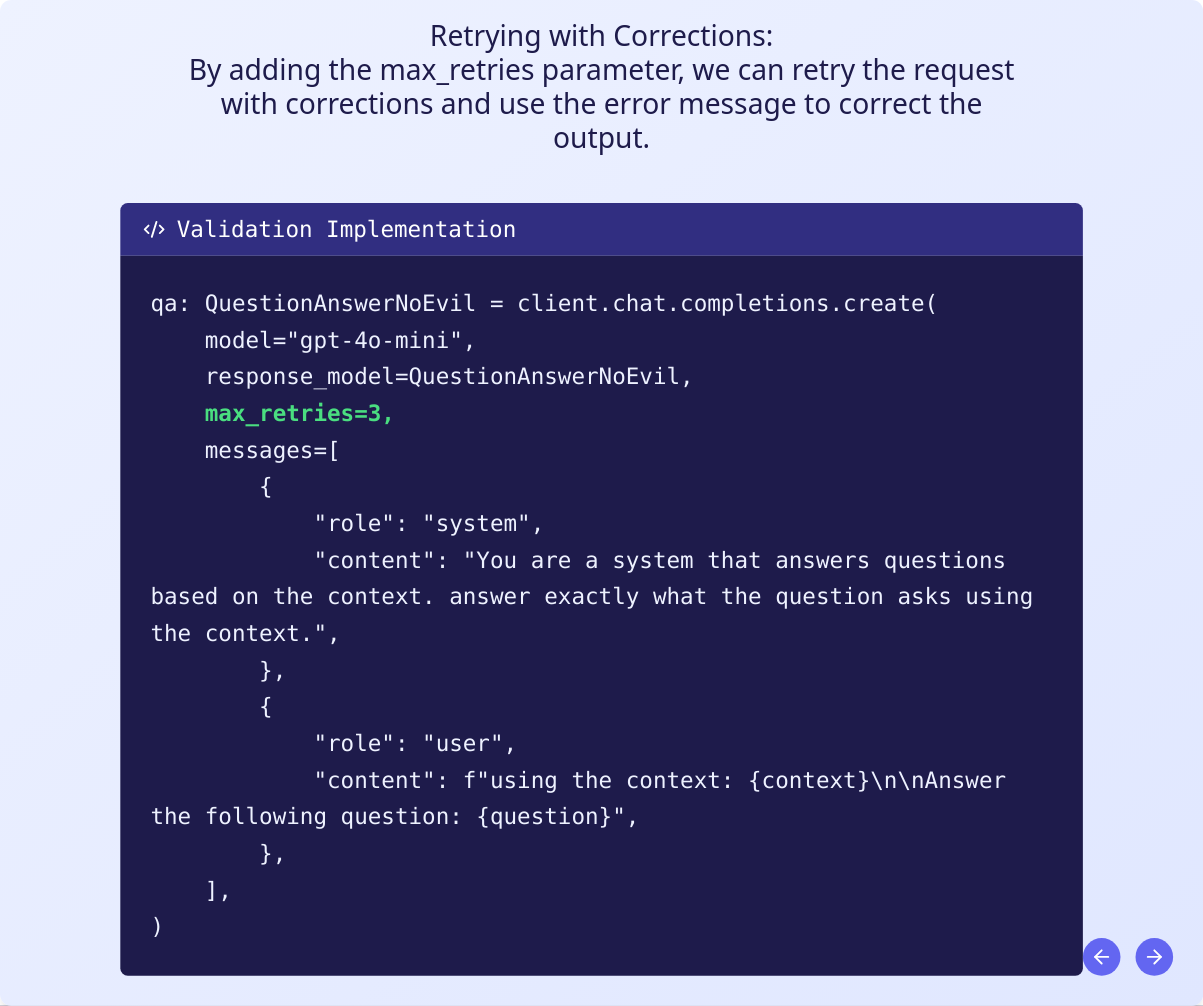
Repository: Galbaz1/dell_presentation
Page: /slide12
The author's editor kept a copy of each file at every save. The page is drawn from the files as they stood at one save, then again after a run of saves.
The browser window is 1280 px wide. The pictures show the whole page, at 94% of full size.
The project was rebuilt for these pictures with package versions that can differ from the ones it lists, and the page was loaded fresh each time. The framework's server and built-in components were replaced by stand-ins that run in the browser. Also part of the build but not shown: styles/animations/slide1.css, styles/animations/slide2.css.

Above is the page before, as saved 2024-11-12 14:49:47.

After the next 2 saves:
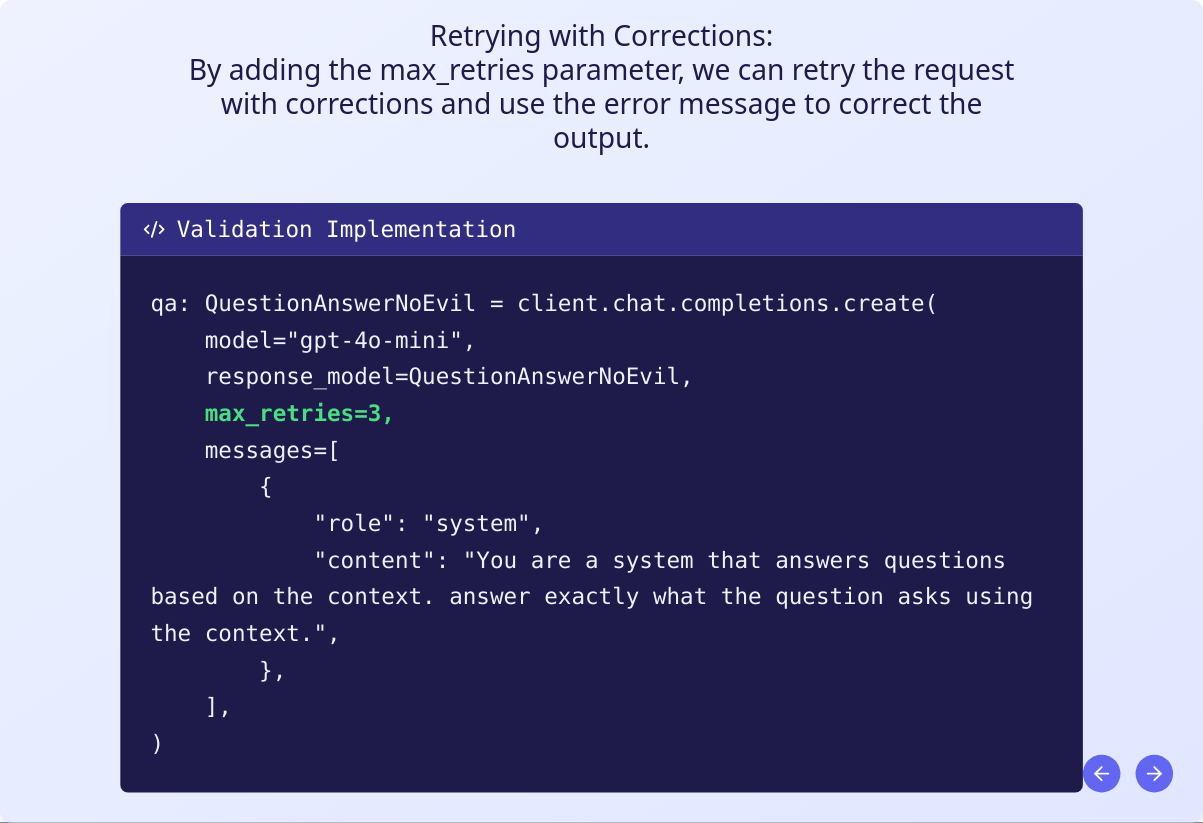
The 2 saves are shown as one change because they came seconds apart.
The last was saved 5 min 38 s later.
--- a/pages/slide12.tsx
+++ b/pages/slide12.tsx
@@ -19,10 +19,6 @@ const Slide12: React.FC = () => {
         {
             "role": "system",
             "content": "You are a system that answers questions based on the context. answer exactly what the question asks using the context.",
-        },
-        {
-            "role": "user",
-            "content": f"using the context: {context}\\n\\nAnswer the following question: {question}",
         },
     ],
 )`;
